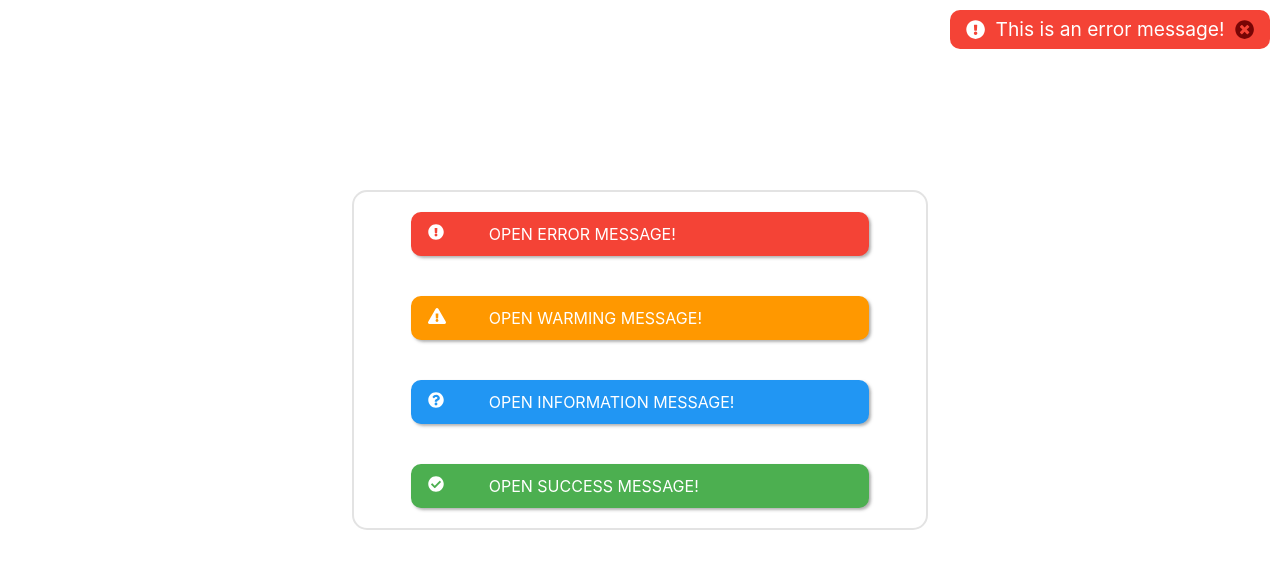
Repository: KrzysKolo/sr_tydzien5_zad2
Page: /, after clicking the first element matching `div.btn`
These files come from the project's save history. The page is drawn as it stood at one moment and after the next save; the edit follows.
The browser window is 1280 px wide. The pictures show the whole page.
The project was rebuilt for these pictures with package versions that can differ from the ones it lists, and the page was loaded fresh each time.

Above is the page before, as saved 2020-12-28 06:01:10.

### public/index.html
<!DOCTYPE html>
<html lang="en">
  <head>
    <meta charset="utf-8" />
    <link rel="icon" href="%PUBLIC_URL%/favicon.ico" />
    <meta name="viewport" content="width=device-width, initial-scale=1" />
    <meta name="theme-color" content="#000000" />
    <meta
      name="description"
      content="Web site created using create-react-app"
    />
    <link rel="apple-touch-icon" href="%PUBLIC_URL%/logo192.png" />
    <!--
      manifest.json provides metadata used when your web app is installed on a
      user's mobile device or desktop. See https://developers.google.com/web/fundamentals/web-app-manifest/
    -->
    <link rel="manifest" href="%PUBLIC_URL%/manifest.json" />
    <!--
      Notice the use of %PUBLIC_URL% in the tags above.
      It will be replaced with the URL of the `public` folder during the build.
      Only files inside the `public` folder can be referenced from the HTML.

      Unlike "/favicon.ico" or "favicon.ico", "%PUBLIC_URL%/favicon.ico" will
      work correctly both with client-side routing and a non-root public URL.
      Learn how to configure a non-root public URL by running `npm run build`.
    -->
    <title>Zad 2 - snackbar</title>
  </head>
  <body>
    <noscript>You need to enable JavaScript to run this app.</noscript>
    <div id="root"></div>
    <!--
      This HTML file is a template.
      If you open it directly in the browser, you will see an empty page.

      You can add webfonts, meta tags, or analytics to this file.
      The build step will place the bundled scripts into the <body> tag.

      To begin the development, run `npm start` or `yarn start`.
      To create a production bundle, use `npm run build` or `yarn build`.
    -->
  </body>
</html>

### src/App.js
import React from 'react';
import Buttons from './components/Buttons';
import './App.css';
const App = () => {
  return (
    <div className="wrapper--btn">
      <Buttons />
    </div>
  )
}

export default App;

### src/components/Buttons.js
import React from 'react';
import AppData from './../data/AppData';
import ButtonSnackbar from './ButtonSnackbar';


const Buttons = () => {

    return (
        <>
            {AppData.map(button =>
                <ButtonSnackbar key={button.id} data={button} />
            )}

        </>
    )
}

export default Buttons;

### src/App.css
* {
  box-sizing: border-box;
  margin: 0;
}
body {
  width: 100vw;
  height: 100vh;
  display: flex;
  flex-direction: row;
  justify-content: center;
  align-items: center;
}
.wrapper--btn {
  border: 2px solid #e3e3e3;
  border-radius: 15px;
  width: 45vw;
  display: flex;
  flex-direction: column;
  justify-content: center;
  align-items: center;
}
.btn {
  border-radius: 10px;
  color: rgb(240, 239, 244);
  cursor: pointer;
  outline: none;
  padding: 10px 15px;
  margin: 20px;
  width: 80%;
  display: grid;
  grid-template-columns: 0.5fr 3fr;
  box-shadow: 2px 2px 3px rgba(102, 102, 102, 0.5);
  transition: all 0.3s ease-in-out;
}
.snackbar {
  font-size: 1.2rem;
  padding: 10px 16px;
  border-radius: 10px;
  width: 20%;
  min-width: 320px;
  display: flex;
  flex-direction: row;
  justify-content: space-between;
  line-height: 1.2rem;
}
.error {
  color: white;
  background: rgb(244, 67, 54);
}
.success {
  color: rgb(124, 0, 0);
  background: rgb(76, 175, 80);
}
.information {
  color: yellow;
  background: rgb(33, 150, 243);
}

.warning {
  background: rgb(255, 152, 0);
  color: black;
}
.top-right {
  position: absolute;
  top: 10px;
  right: 10px;
}
.center-bottom {
  position: absolute;
  bottom: 30px;
  left: calc(100vw-50%);
}
.center-left {
  position: absolute;
  top: 25vh;
  left: 10px;
}
.bottom-right {
  position: absolute;
  bottom: 10px;
  right: 10px;
}
.close {
  color: rgb(119, 5, 5);
  cursor: pointer;
  transition: all 0.3s ease-in-out;
}
.close:hover {
  transform: rotate(90deg) scale(1.2);
}

### src/data/AppData.js
const ButtonsData = [
    {
      id: 0,
      name: "OPEN ERROR MESSAGE!",
      color: "rgb(244, 67, 54)",
      icon: "faExclamationCircle",
      type: "error",
      message: "This is an error message!",
      position: "top-right",
      time: 5000,
    },
    {
      id: 1,
      name: "OPEN WARMING MESSAGE!",
      color: "rgb(255, 152, 0)",
      icon: "faExclamationTriangle",
      type: "warning",
      message: "This is a warning message!",
      position: "center-bottom",
      time: 3000,
    },
    {
      id: 2,
      name: "OPEN INFORMATION MESSAGE!",
      color: "rgb(33, 150, 243)",
      icon: "faQuestionCircle",
      type: "information",
      message: "This is an information message!",
      position:"center-left",
      time: 2000,
    },
    {
      id: 3,
      name: "OPEN SUCCESS MESSAGE!",
      color: "rgb(76, 175, 80)",
      icon: "faCheckCircle",
      type: "success",
      message: "This is a success message!",
      position: "bottom-right",
      time: 4000,
    },

  ]
 export default ButtonsData;

### src/components/ButtonSnackbar.js
import React, { useState } from 'react';
import Icons from './Icons';
import Snackbar from './Snackbar';


const Button = ({data } ) => {

    const [isHover, setIsHover] = useState(false);
    const OutStyle = {
        border: `2px solid ${data.color}`,
        background: data.color,
        color: "#fff",
      };

      const OverStyle = {
        border: `2px solid ${data.color}`,
        backgroundColor: "#fff",
        color: data.color,

      };
    const [showSnackbar, setShowSnackbar] = useState(false);
    const handleOpenSnackbar = () => {
            setShowSnackbar(true);
            setTimeout(() => {
              setShowSnackbar(false);
            }, data.time);
    };
    const handleCloseSnackbar = () => {
        setShowSnackbar(false);
    };
    return (
        <>
            <div className="btn"
            onClick={handleOpenSnackbar}
            style={isHover ? OverStyle : OutStyle}
            onMouseOver={() => setIsHover(true)}
            onMouseOut={() => setIsHover(false)}>
                <Icons icon={data.icon}/>
                {data.name}
            </div>
            {showSnackbar && <Snackbar type={data.type} position={data.position} message={data.message} icon={data.icon} close={handleCloseSnackbar}/>}
        </>
    )
}

export default Button;

### src/components/Icons.js
import React from 'react';
import { FontAwesomeIcon } from '@fortawesome/react-fontawesome';
import { faCheckCircle, faQuestionCircle, faExclamationTriangle, faExclamationCircle } from '@fortawesome/free-solid-svg-icons';

const Icons = ({icon}) => {

        switch (icon) {
            case 'faExclamationCircle': return <FontAwesomeIcon icon={faExclamationCircle} />;
            case 'faExclamationTriangle': return <FontAwesomeIcon icon={faExclamationTriangle} />;
            case 'faQuestionCircle': return <FontAwesomeIcon icon={faQuestionCircle} />;
            case 'faCheckCircle': return <FontAwesomeIcon icon={faCheckCircle} />;
            default: return null;
            }



}

export default Icons;

### src/components/Snackbar.js
import React from 'react';
import Icons from './Icons';
import { FontAwesomeIcon } from '@fortawesome/react-fontawesome';
import { faTimesCircle } from '@fortawesome/free-solid-svg-icons';
const Snackbar = ({type, message, icon, position, close}) => {
    return (
        <div className={`snackbar ${type} ${position}`}>
           <Icons icon={icon} />{message}
           <FontAwesomeIcon className="close" icon={faTimesCircle} onClick={close}/>
        </div>
    )
}

export default Snackbar

Loaded but not shown: src/index.js (common file); src/index.css (common file)

After the next save:
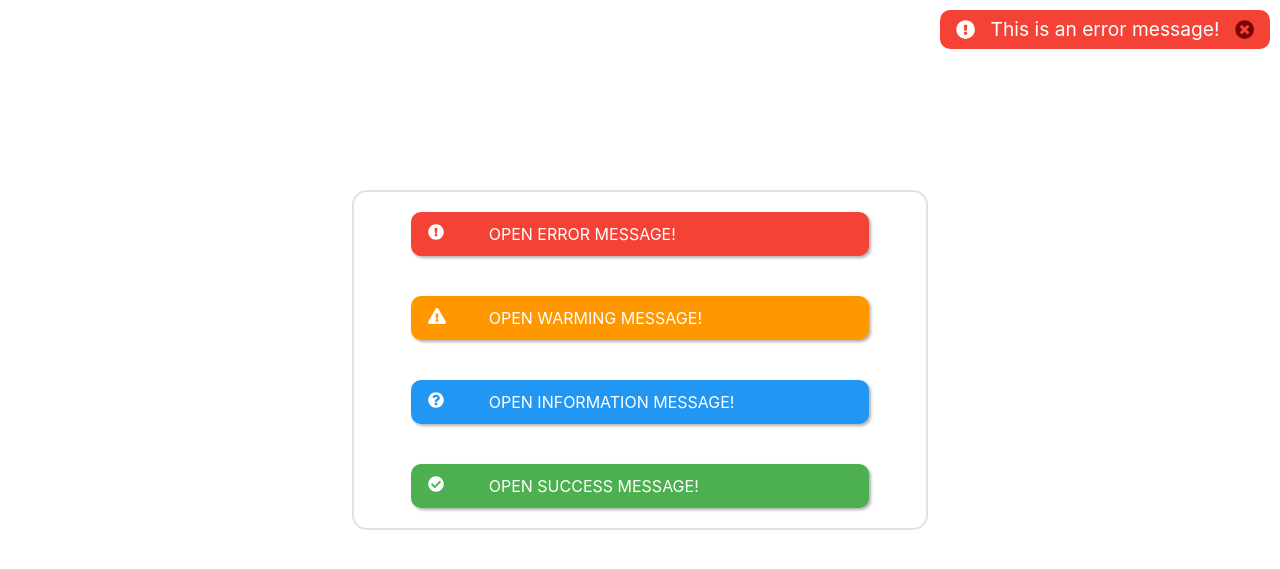
Saved 18 s later.
--- a/src/App.css
+++ b/src/App.css
@@ -37,7 +37,7 @@ body {
   padding: 10px 16px;
   border-radius: 10px;
   width: 20%;
-  min-width: 320px;
+  min-width: 330px;
   display: flex;
   flex-direction: row;
   justify-content: space-between;
